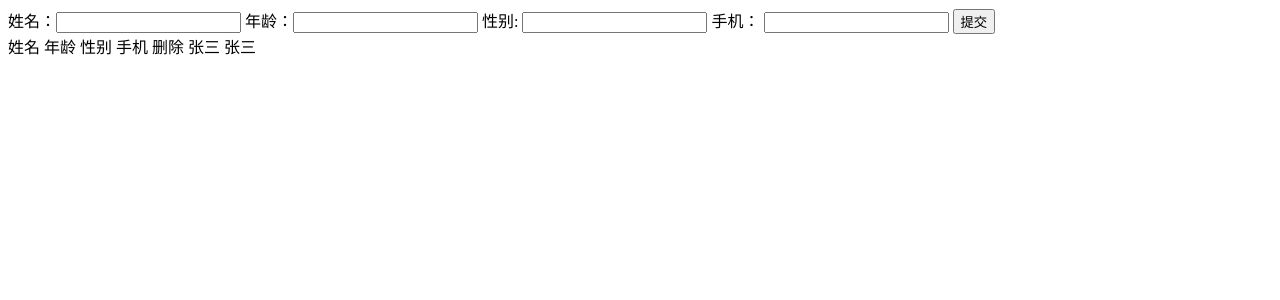
Repository: 1404413577/jsdemo
Page: small-demo/录入信息.html
These files come from the project's save history. The page is drawn as it stood at one moment and after the next save; the edit follows.
The browser window is 1280 px wide. The pictures show the whole page.

Above is the page before, as saved 2022-11-20 15:22:42.

After the next save:
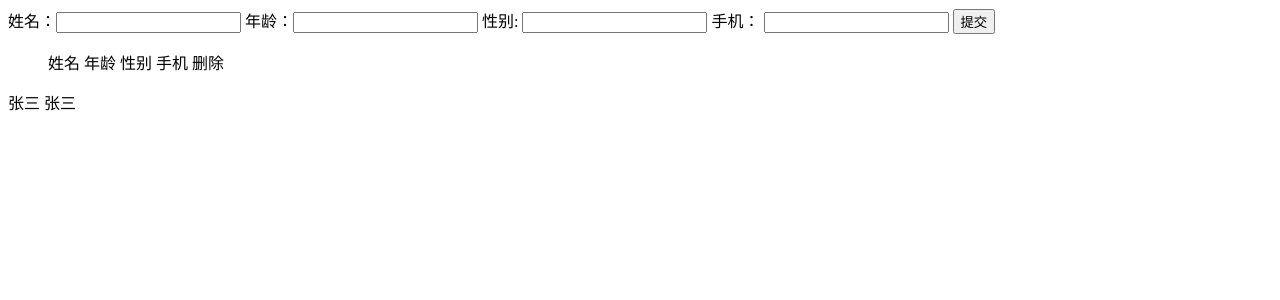
Saved 16 s later.
--- a/small-demo/录入信息.html
+++ b/small-demo/录入信息.html
@@ -15,13 +15,13 @@
         <button type="submit">提交</button>
     </div>
     <div>
-        <tr>
+        <ul>
             <th>姓名</th>
             <th>年龄</th>
             <th>性别</th>
             <th>手机</th>
             <th>删除</th>
-        </tr>
+        </ul>
         <tr>
             <th>张三</th>
             <th>张三</th>
